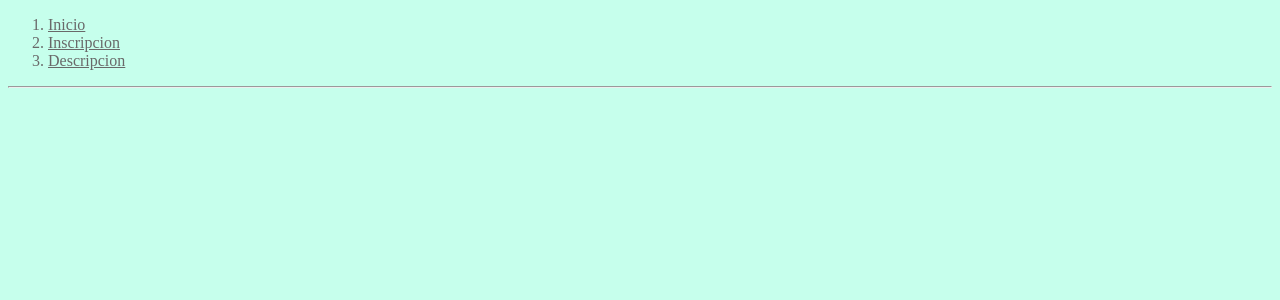
Repository: Arito05/Mi-primer-Repositorio
Page: nuevo/zdescripcion.html
The author's editor kept a copy of each file at every save. The page is drawn from the files as they stood at one save, then again after the next save.
The browser window is 1280 px wide. The pictures show the whole page.

Above is the page before, as saved 2024-07-20 12:03:29.

### nuevo/zdescripcion.html
<!DOCTYPE html>
<html lang="en">
  <head>
    <meta charset="UTF-8" />
    <meta name="viewport" content="width=device-width, initial-scale=1.0" />
    <title>Document</title>
     <style>
      body {
        background-color: rgb(198, 255, 236);
    </style>
  </head>
  <body>
    <ol style="color: dimgrey">
      <li><a href="inicio.html" style="color: dimgrey">Inicio</a></li>
      <li><a href="inscripcion.html" style="color: dimgrey">Inscripcion</a></li>
      <li>
        <a href="zdescripcion.html" style="color: dimgrey">Descripcion</a>
      </li>
    </ol>
    <hr style="color: white" />
  </body>
</html>

After the next save:
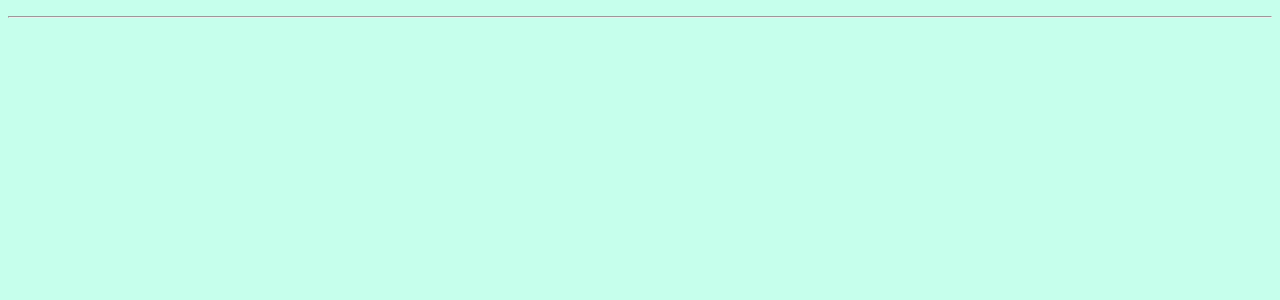
Saved 99 s later.
--- a/nuevo/zdescripcion.html
+++ b/nuevo/zdescripcion.html
@@ -11,11 +11,7 @@
   </head>
   <body>
     <ol style="color: dimgrey">
-      <li><a href="inicio.html" style="color: dimgrey">Inicio</a></li>
-      <li><a href="inscripcion.html" style="color: dimgrey">Inscripcion</a></li>
-      <li>
-        <a href="zdescripcion.html" style="color: dimgrey">Descripcion</a>
-      </li>
+
     </ol>
     <hr style="color: white" />
   </body>
